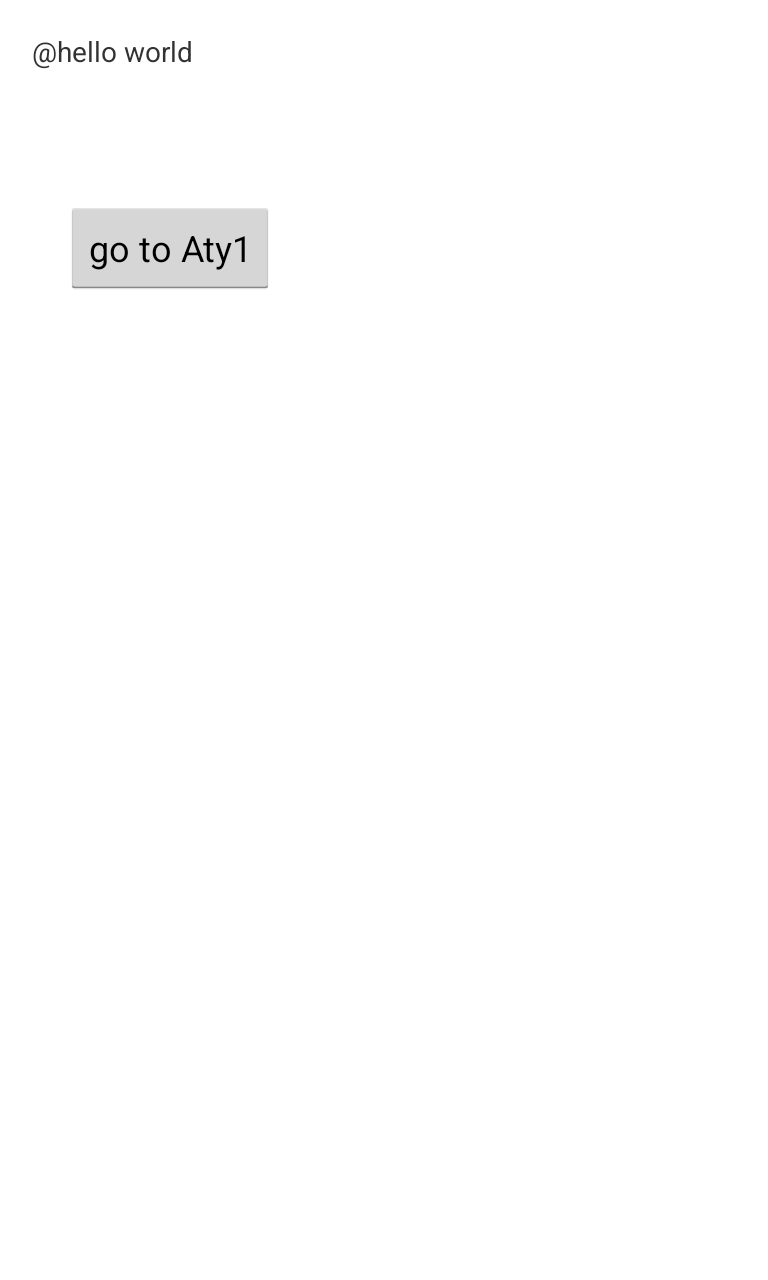
Repository: avenosu/android-coding-practice
Layout: Z001Activity/res/layout/activity_main.xml
The author's editor kept a copy of each file at every save. The layout is drawn from the files as they stood at one save, then again after the next save.
It is drawn on a 768 x 1280 px phone screen (xhdpi) without system bars, with theme AppTheme; the app's code is not run.

Above is the layout before, as saved 2015-03-24 11:33:48.

After the next save:
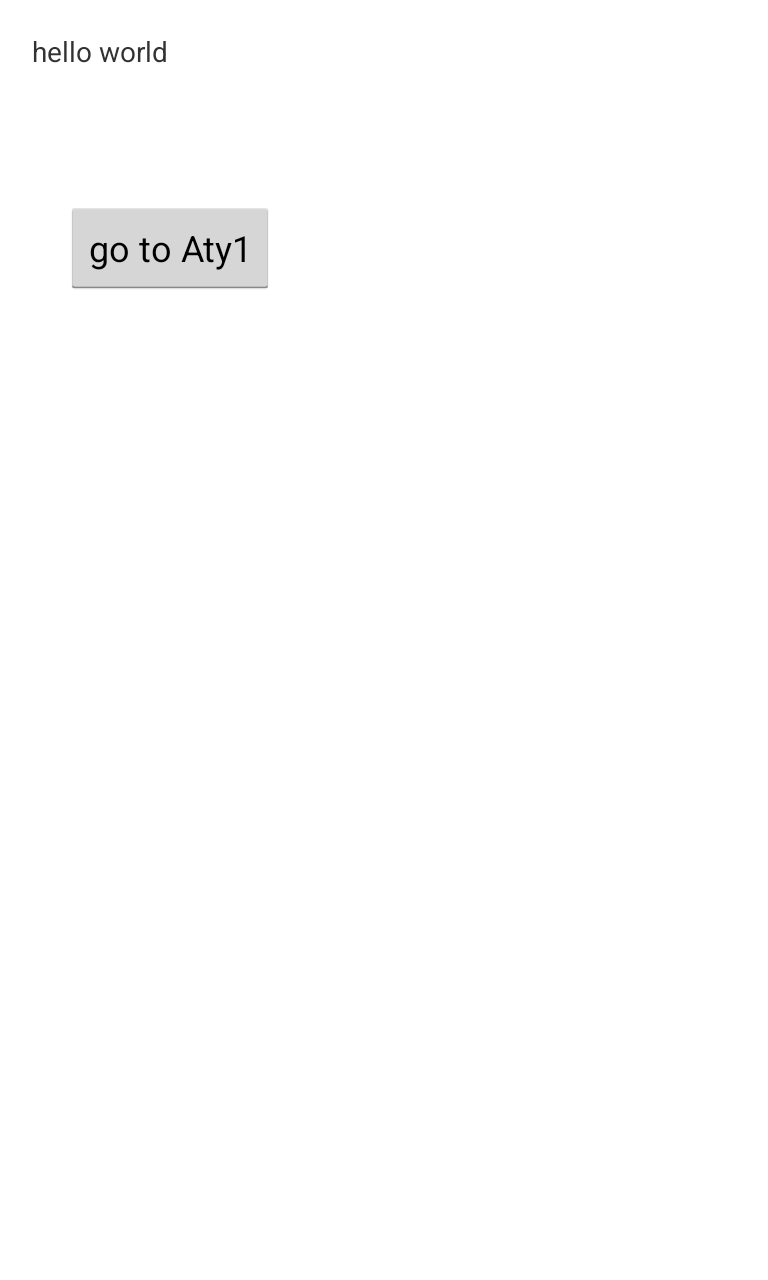
Saved 18 s later.
--- a/Z001Activity/res/layout/activity_main.xml
+++ b/Z001Activity/res/layout/activity_main.xml
@@ -13,7 +13,7 @@
         android:id="@+id/mainactivity_textView1"
         android:layout_width="wrap_content"
         android:layout_height="wrap_content"
-        android:text="@hello world" />
+        android:text="hello world" />
 
 
     <Button
